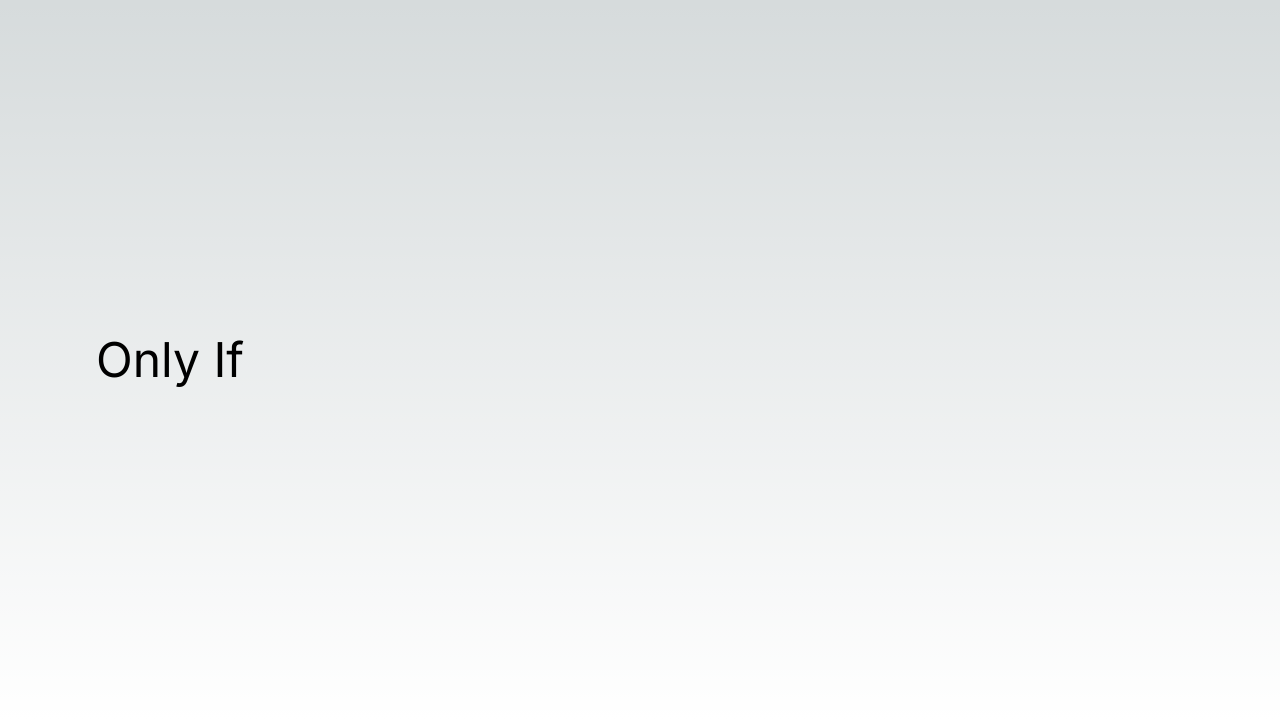
Repository: chapeee/learnNextBella
Page: / (app in basicconcepts/)
These files come from the project's save history. The page is drawn as it stood at one moment and after the next save; the edit follows.
The browser window is 1280 px wide. The pictures show the whole page.
The project was rebuilt for these pictures with package versions that can differ from the ones it lists, and the page was loaded fresh each time. The framework's server and built-in components were replaced by stand-ins that run in the browser. Also part of the build but not shown: basicconcepts/next.config.mjs.

Above is the page before, as saved 2024-03-22 20:45:58.

After the next save:
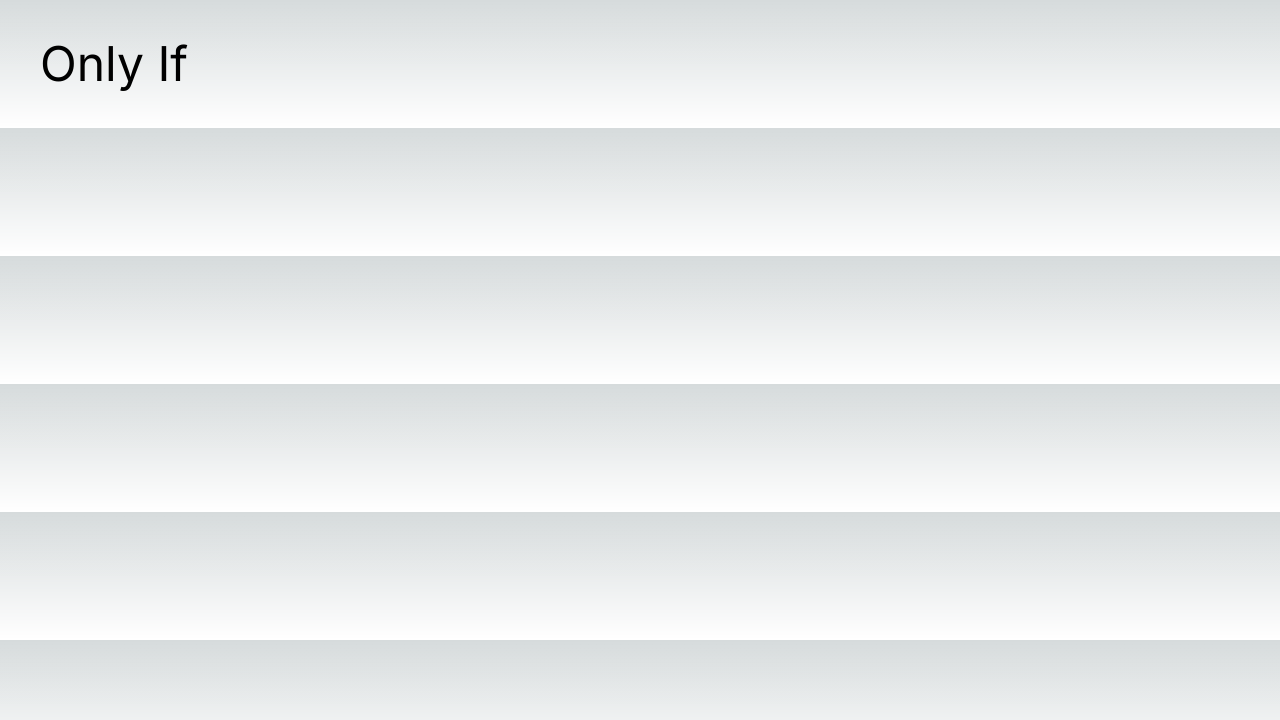
Saved 15 s later.
--- a/basicconcepts/src/app/page.tsx
+++ b/basicconcepts/src/app/page.tsx
@@ -3,7 +3,7 @@
 
 export default function Home() {
   return (
-    <main className="flex min-h-screen flex-col items-center justify-between p-24">
+    <main className="p-10">
       {/* Conditional Rendering */}
 
       <ConditionRendering />

After the 2 saves that followed:
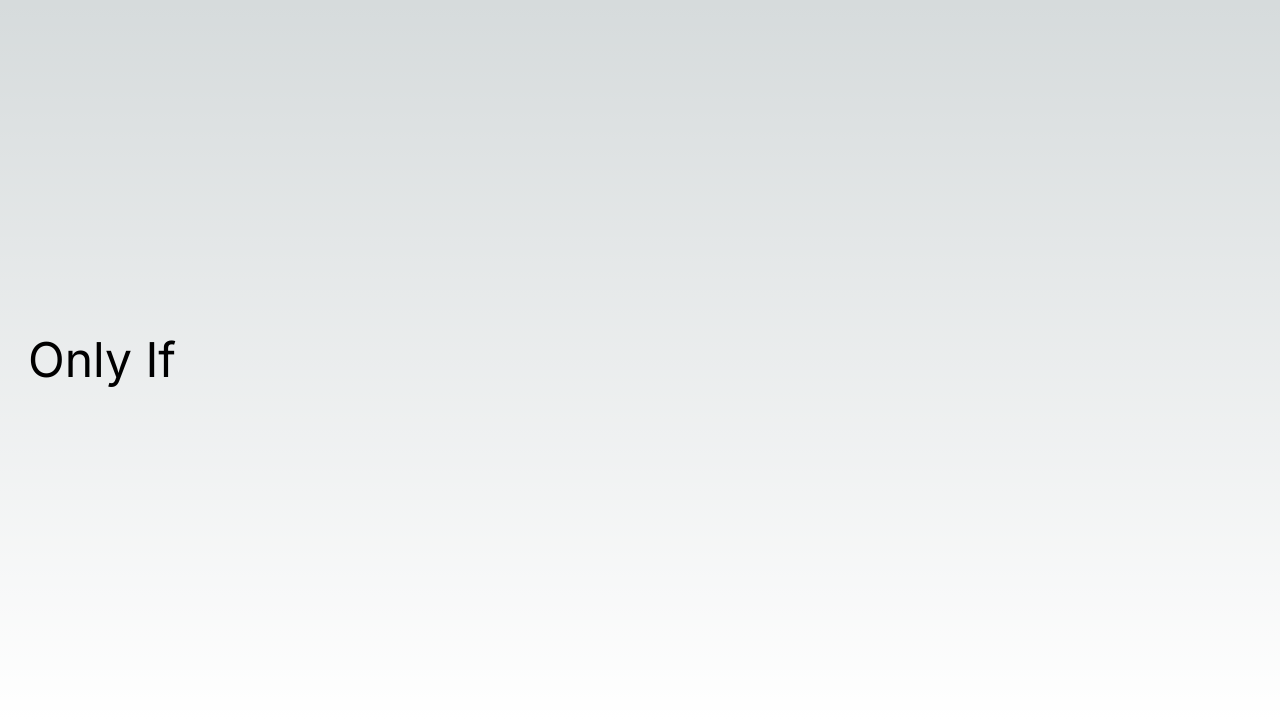
The 2 saves are shown as one change because they came seconds apart.
The last was saved 13 s later.
--- a/basicconcepts/src/app/page.tsx
+++ b/basicconcepts/src/app/page.tsx
@@ -3,7 +3,7 @@
 
 export default function Home() {
   return (
-    <main className="p-10">
+    <main className="flex min-h-screen p-7">
       {/* Conditional Rendering */}
 
       <ConditionRendering />
